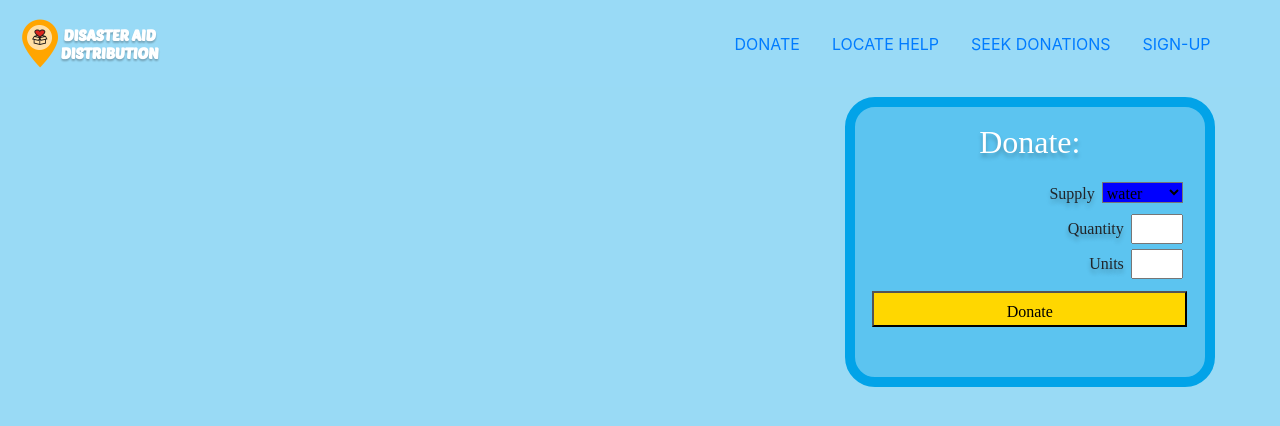
Repository: uprm-inso-4115-2019-2020-S2/semester-project-inso4115-DisasterAid-backend
Page: /donate-modal (app in disaster-aid/)
The author's editor kept a copy of each file at every save. The page is drawn from the files as they stood at one save, then again after the next save.
The browser window is 1280 px wide. The pictures show the whole page.
The project was rebuilt for these pictures with package versions that can differ from the ones it lists, and the page was loaded fresh each time. Also part of the build but not shown: disaster-aid/angular.json, disaster-aid/src/app/login/login.component.ts, disaster-aid/src/app/register/register.component.ts, disaster-aid/src/app/home/home.component.ts, disaster-aid/src/app/landing-page/landing-page.component.ts, disaster-aid/src/app/donations/donations.component.ts, disaster-aid/src/app/donations.service.ts.

Above is the page before, as saved 2020-05-08 04:41:09.

After the next save:
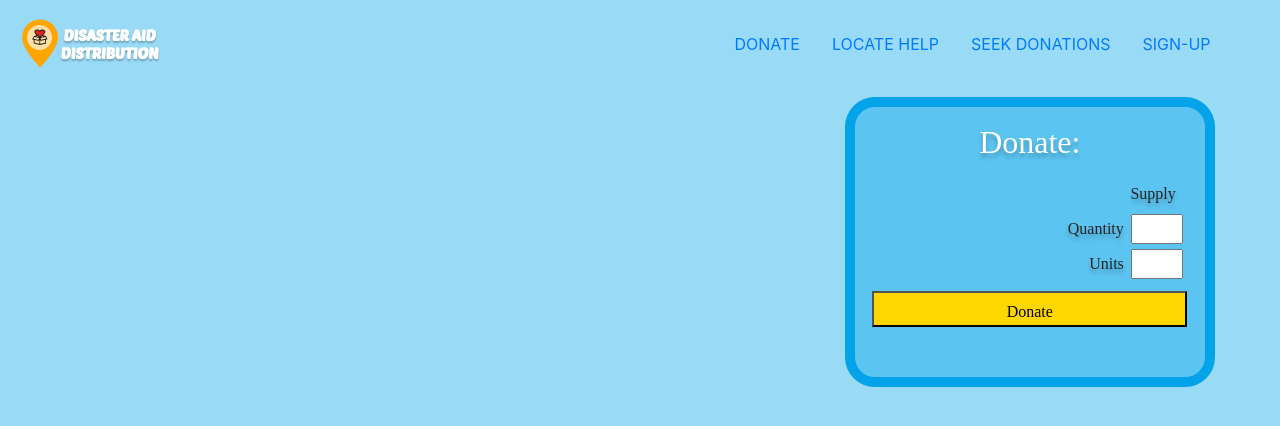
Saved 92 s later.
--- a/disaster-aid/src/app/donate-modal/donate-modal.component.css
+++ b/disaster-aid/src/app/donate-modal/donate-modal.component.css
@@ -20,5 +20,8 @@
 }
 
 .select{
-    background-color: blue;
+    background-color: dodgerblue;
+    display: none;
+    position: relative;
+    font-family: Arial;
 }
